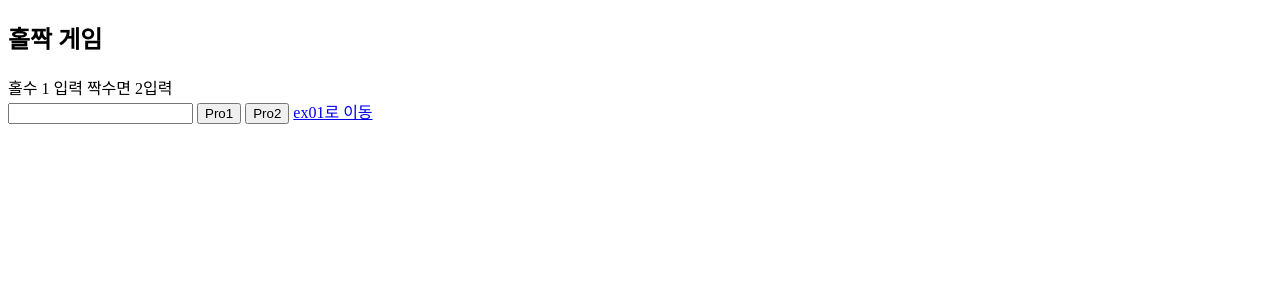
Repository: BEOMJINI/greenJsp
Page: http://localhost/basic/02.21/페이지이동.jsp
These files come from the project's save history. The page is drawn as it stood at one moment and after the next save; the edit follows.
The browser window is 1280 px wide. The pictures show the whole page.
The page is served by Tomcat 9.

Above is the page before, as saved 2023-02-21 16:45:36.

After the next save:
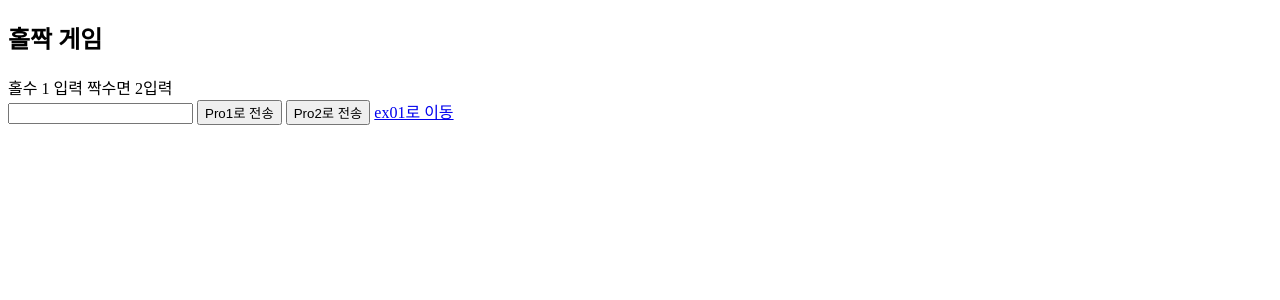
Saved 11 s later.
--- a/jspWorkspace/basic/src/main/webapp/02.21/페이지이동.jsp
+++ b/jspWorkspace/basic/src/main/webapp/02.21/페이지이동.jsp
@@ -47,8 +47,8 @@
 		홀수 1 입력 짝수면 2입력 <br>
 		<input type="hidden" name="rnum" value=<%=rnum%> />
 		<input type="number" name="result" />
-		<input type="submit" value="Pro1" />
-		<input type="button" value="Pro2"  onclick="goNextPage(<%=rnum%>)" />
+		<input type="submit" value="Pro1로 전송" />
+		<input type="button" value="Pro2로 전송"  onclick="goNextPage(<%=rnum%>)" />
 		<a href="ex01_basic.jsp"> ex01로 이동 </a>
 	</form>
 	<script>
